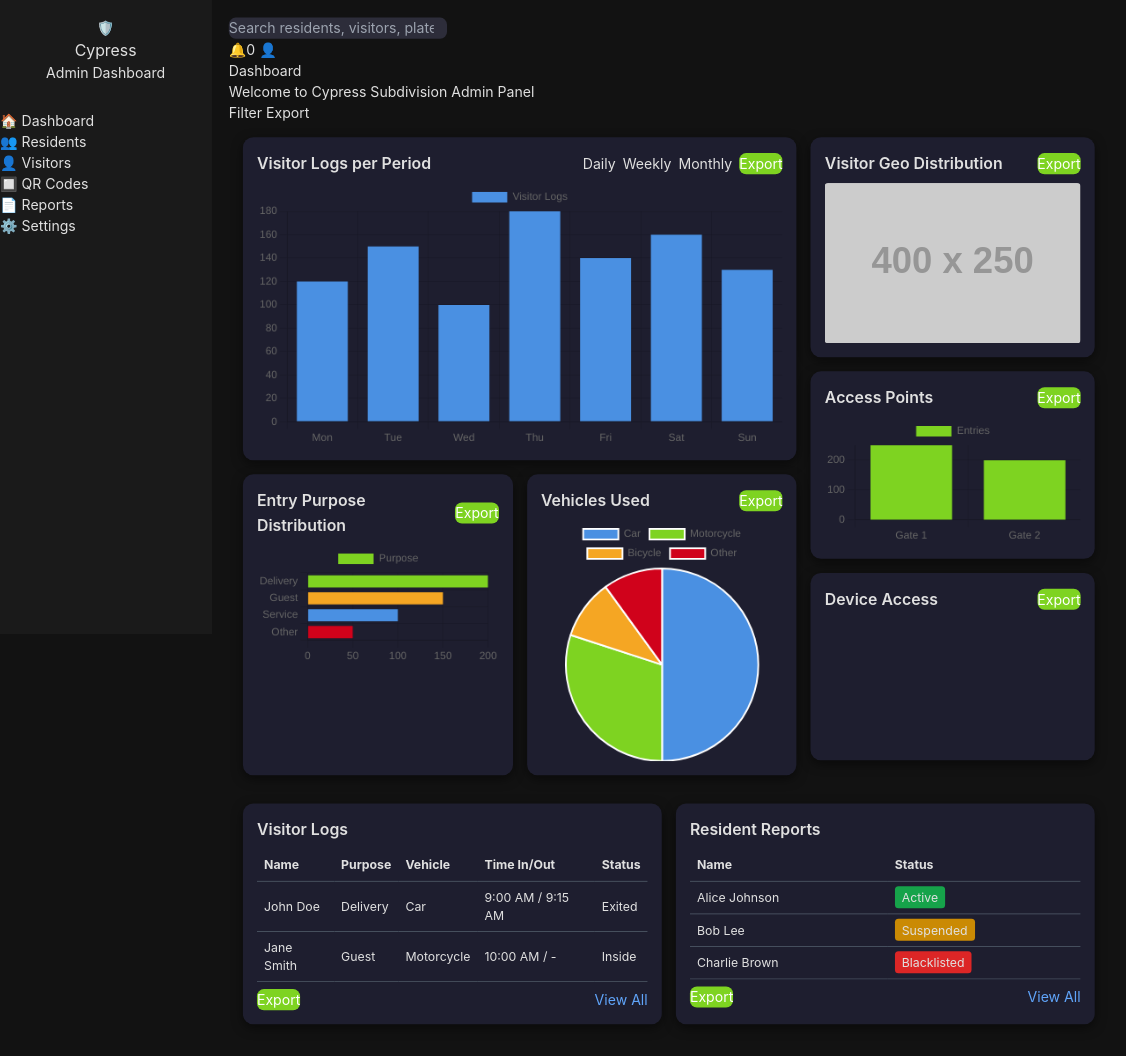
Repository: camuramon/my-project
Page: templates/admin/reports.html
The author's editor kept a copy of each file at every save. The page is drawn from the files as they stood at one save, then again after the next save.
The browser window is 1280 px wide. The pictures show the whole page, at 88% of full size.
Some web libraries are served in a nearby version. The template is drawn by Flask 3. The application's start-up code is not run. The template is opened directly, without the code that normally fills it, so the values that code supplies are empty.

Above is the page before, as saved 2025-09-08 23:50:45.
Console error: TypeError: Cannot read properties of null (reading 'addEventListener')

After the next save:
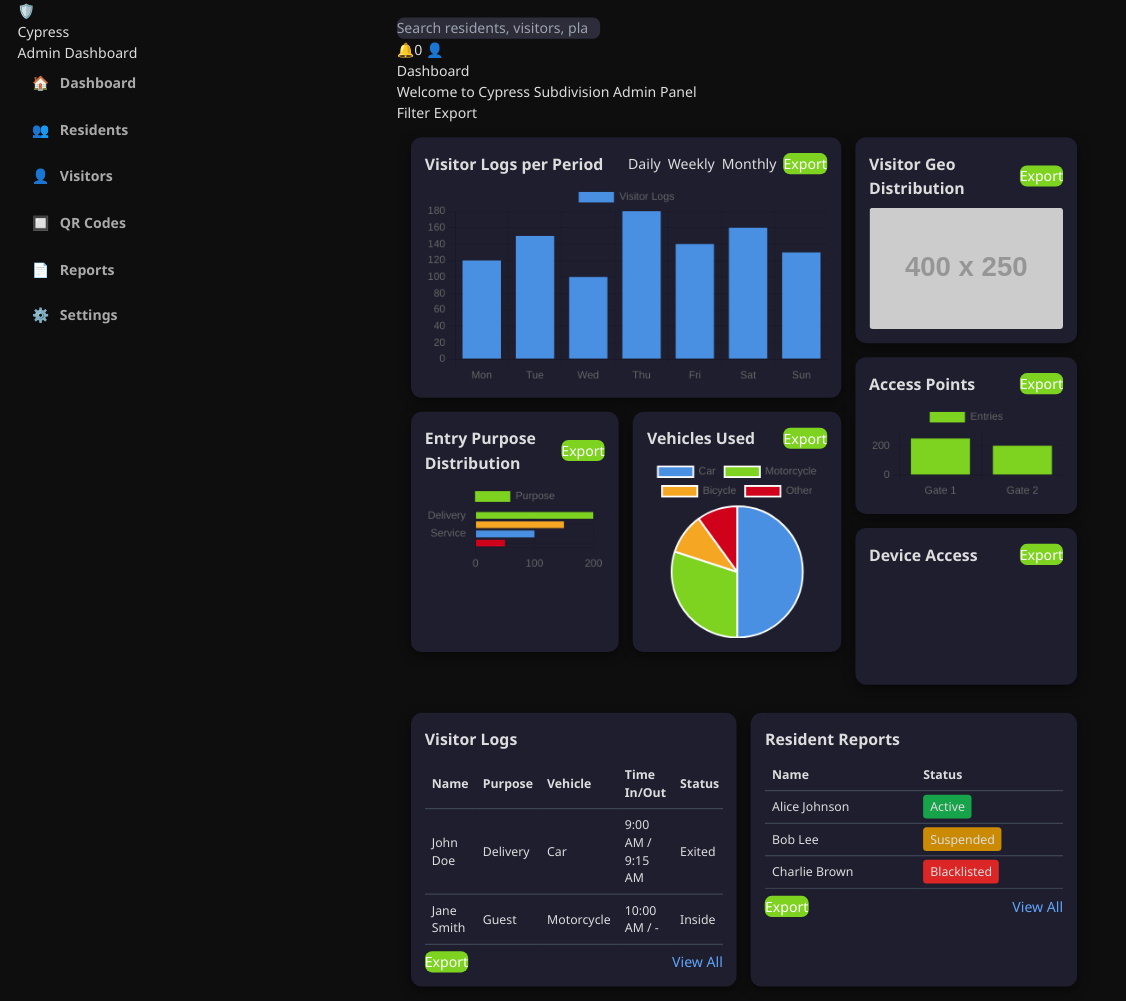
Saved 68 s later.
--- a/static/css/report.css
+++ b/static/css/report.css
@@ -7,56 +7,60 @@ body {
 }
 
 /* === SIDEBAR === */
-.sidebar {
-  width: 240px;
-  background-color: #1A1A1A;
-  height: 100vh;
-  padding: 20px 0;
-  display: flex;
-  flex-direction: column;
-  position: fixed;
-  left: 0;
-  top: 0;
+* {
+    box-sizing: border-box;
+    margin: 0;
+    padding: 0;
 }
 
-.sidebar .logo {
-  text-align: center;
-  margin-bottom: 30px;
-}
-.sidebar .logo img {
-  width: 50px;
-  margin-bottom: 10px;
-}
-.sidebar .logo h2 {
-  font-size: 18px;
-  margin: 0;
-}
-.sidebar .logo p {
-  font-size: 12px;
-  color: #bbb;
-  margin: 0;
+body {
+    font-family: 'Segoe UI', Tahoma, Geneva, Verdana, sans-serif;
+    background-color: #0e0e0f;
+    color: #ddd;
+    display: flex;
+    min-height: 100vh;
 }
 
-.sidebar .nav-links {
-  list-style: none;
-  padding: 0;
-  margin: 0;
-}
-.sidebar .nav-links li {
-  padding: 12px 20px;
-  cursor: pointer;
-  display: flex;
-  align-items: center;
-  gap: 12px;
-  color: #ccc;
-  transition: background 0.3s, color 0.3s;
-}
-.sidebar .nav-links li:hover,
-.sidebar .nav-links li.active {
-  background: #2A2A2A;
-  color: #fff;
+.container {
+    display: flex;
+    width: 100%;
+    height: 100vh;
+    padding: 0 20px; /* gap on both sides */
+    box-sizing: border-box;
+    gap: 20px; /* spacing between sidebar and main content */
 }
 
+.sidebar-menu {
+    list-style: none;
+    padding: 0;
+    margin: 0;
+}
+
+.sidebar-menu li {
+    margin-bottom: 0.5rem;
+}
+
+.sidebar-menu li a {
+    display: flex;
+    align-items: center;
+    gap: 0.75rem;
+    text-decoration: none;
+    padding: 0.65rem 1rem;
+    border-radius: 8px;
+    color: #aaa;
+    font-weight: 600;
+    transition: background 0.3s, color 0.3s;
+}
+
+.sidebar-menu li a i {
+    font-size: 1.2rem;
+}
+
+.sidebar-menu li.active a,
+.sidebar-menu li a:hover {
+    background-color: #292929;
+    color: white;
+}
 /* === MAIN CONTENT === */
 .main-content {
   margin-left: 240px; /* same as sidebar width */
